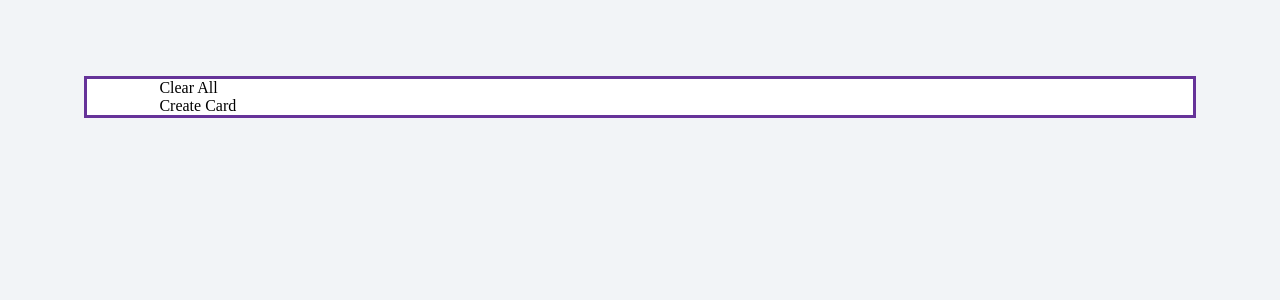
Repository: ReyhanehRahmani/TO-DO
Page: index.html
The author's editor kept a copy of each file at every save. The page is drawn from the files as they stood at one save, then again after the next save.
The browser window is 1280 px wide. The pictures show the whole page.

Above is the page before, as saved 2025-06-07 22:09:12.

After the next save:
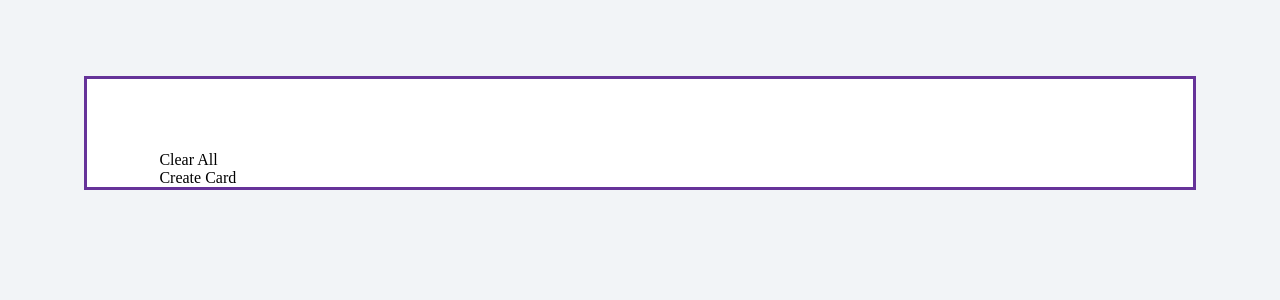
Saved 10 s later.
--- a/style.css
+++ b/style.css
@@ -15,4 +15,5 @@ body{
 #content{
     margin-right: 6.557377049%;
     margin-left: 6.557377049%;
+    margin-top: 6.557377049%;
 }
